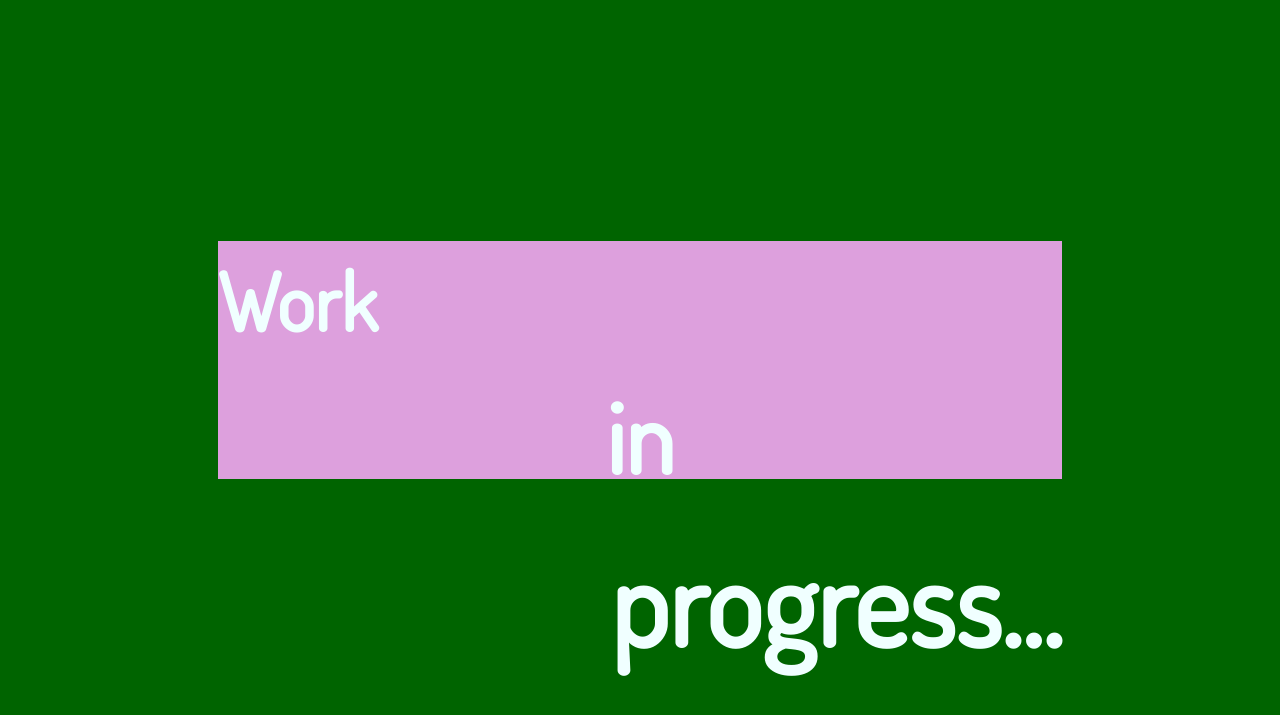
Repository: NollieChtn6/NollieChtn6.github.io
Page: index.html
These files come from the project's save history. The page is drawn as it stood at one moment and after the next save; the edit follows.
The browser window is 1280 px wide. The pictures show the whole page.

Above is the page before, as saved 2023-11-10 18:20:25.

### index.html

<!DOCTYPE html>

<html lang="fr">

<head>
  <meta charset="utf-8">
  <meta name="viewport" content="width=device-width">
  <link href="css/reset.css" rel="stylesheet">
  <link href="css/style.css" rel="stylesheet">
  <link
    href="https://fonts.googleapis.com/css2?family=Dosis&display=swap"
    rel="stylesheet">
  <title>Portfolio</title>
</head>

<body>

  <main class="main__container">

    <div class="main__content">

      <h1 class="main__title">
        <span class="main__title main__title--level-1">
          Work
        </span>
        <span class="main__title main__title--level-2">
          in
        </span>
        <span class="main__title main__title--level-3">
          progress...
        </span>
      </h1>

    </div>

  </main>

</body>

</html>

### css/style.css
/* VARIABLES */

/* :root {

} */


/* GÉNÉRAL */

* {
  box-sizing: border-box;
}

html {
  font-size: 62.5%;
}

body {
  display: flex;
  flex-direction: column;
  height: 100vh;
  min-height: 100vh;
}

h1 {
  font-family: 'Dosis', sans-serif;
}


/* MAIN  */

.main__container {
  display: flex;
  flex-direction: column;
  background-color: antiquewhite;
  height: 100vh;
  width: 100vw;
}

.main__content {
  display: flex;
  flex-direction: column;
  background-color:darkgreen;
  height: 100vh;
  width: 100vw;
  margin-top: auto;
  /* padding: 5rem 0rem 0rem 8rem; */
  /* justify-content: center; */
  /* align-items: center; */
  /* padding-top: 8rem;
  padding-left: 4rem;; */

}

h1 {
  display: flex;
  flex-direction: column;
  width: 66vw;
  height: 33vh;
  margin: auto;
  font-size: 8rem;
  background-color: plum;
  color: azure;
  justify-content: space-between;
}

.main__title--level-1 {
  align-self: start;

}

.main__title--level-2 {
  align-self: center;
  font-size: 10rem;
}

.main__title--level-3 {
  align-self: end;
  font-size: 12rem;
}

Loaded but not shown: css/reset.css (common file)

After the next save:
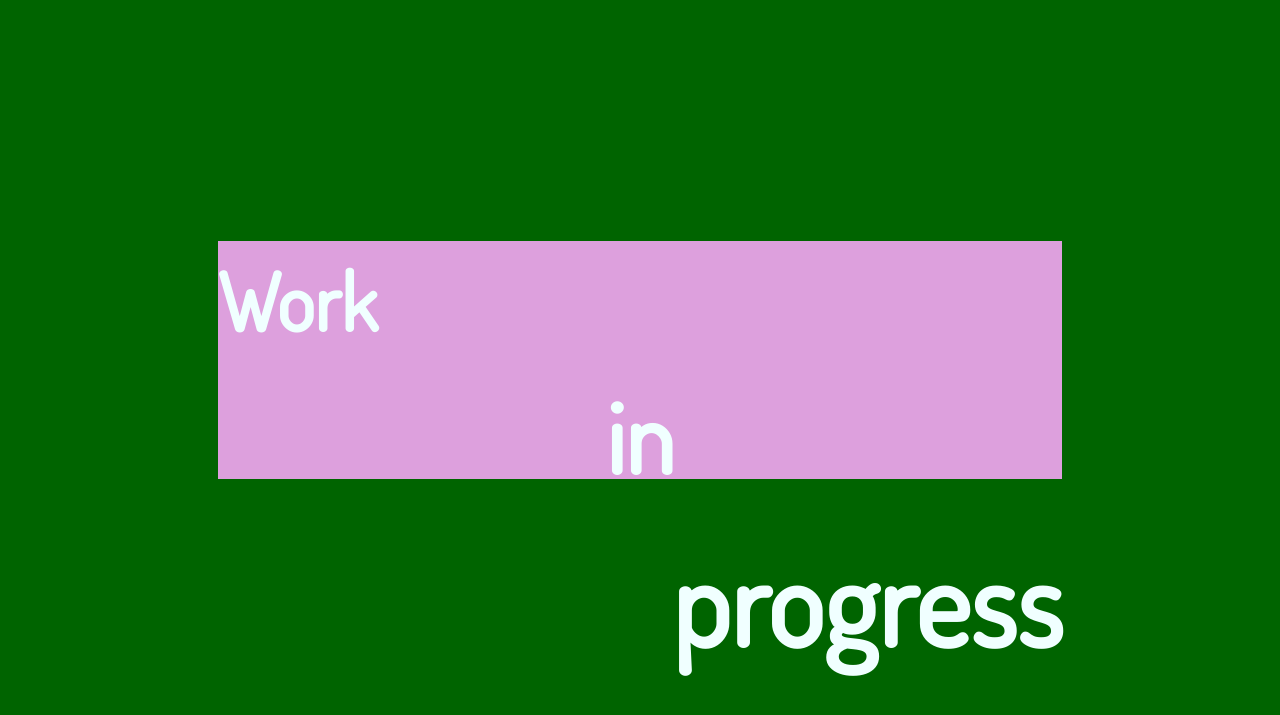
Saved 3 s later.
--- a/index.html
+++ b/index.html
@@ -28,7 +28,7 @@
           in
         </span>
         <span class="main__title main__title--level-3">
-          progress...
+          progress
         </span>
       </h1>
 
